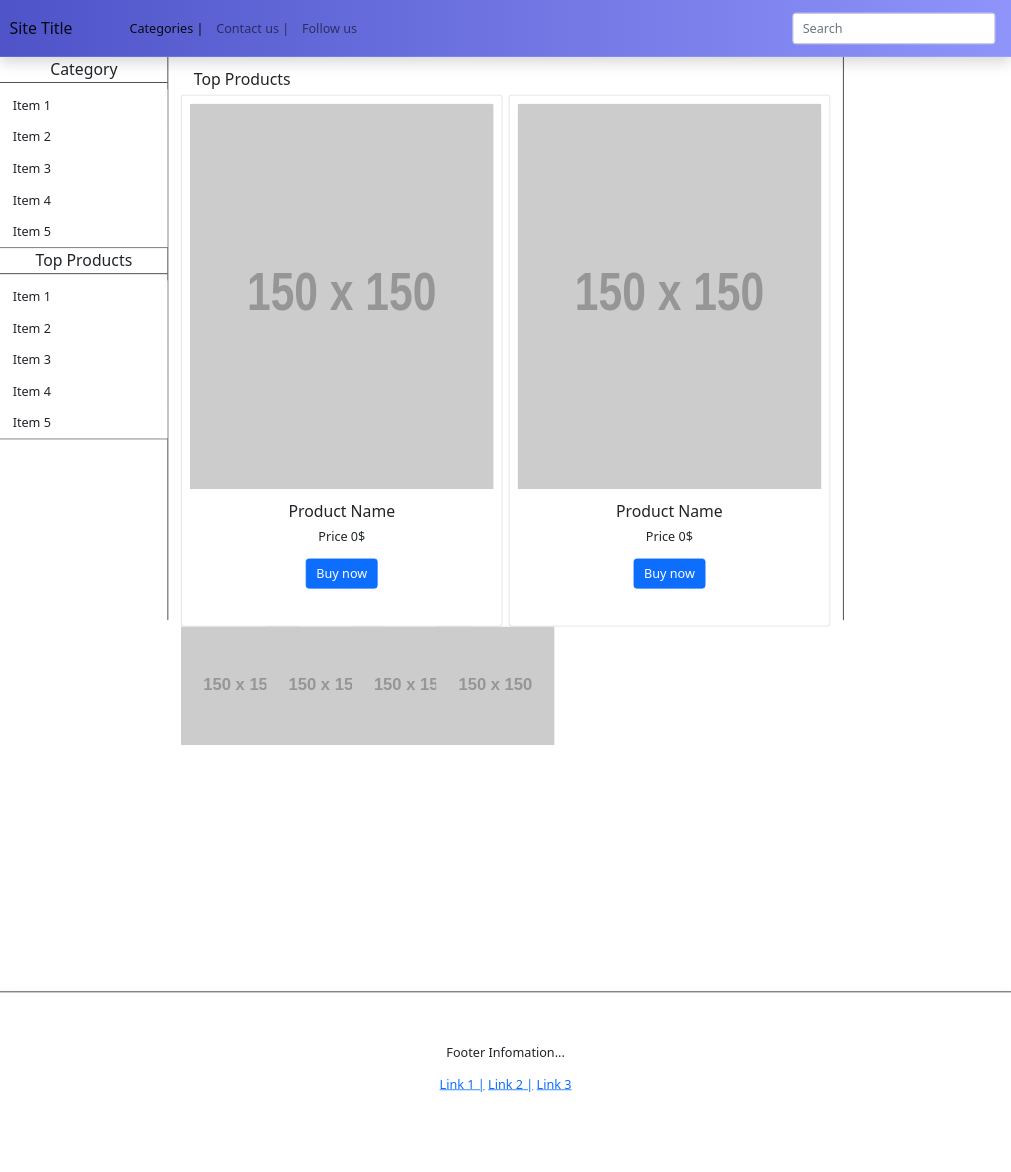
Repository: ttranhhoang/layoutBS
Page: layoutBS2/index.html
An editor plug-in stored every save of this project. The page is shown before and after a run of saves, followed by the edit.
The browser window is 1280 px wide. The pictures show the whole page, at 79% of full size.

Above is the page before, as saved 2022-04-24 23:20:31.

After the next 4 saves:
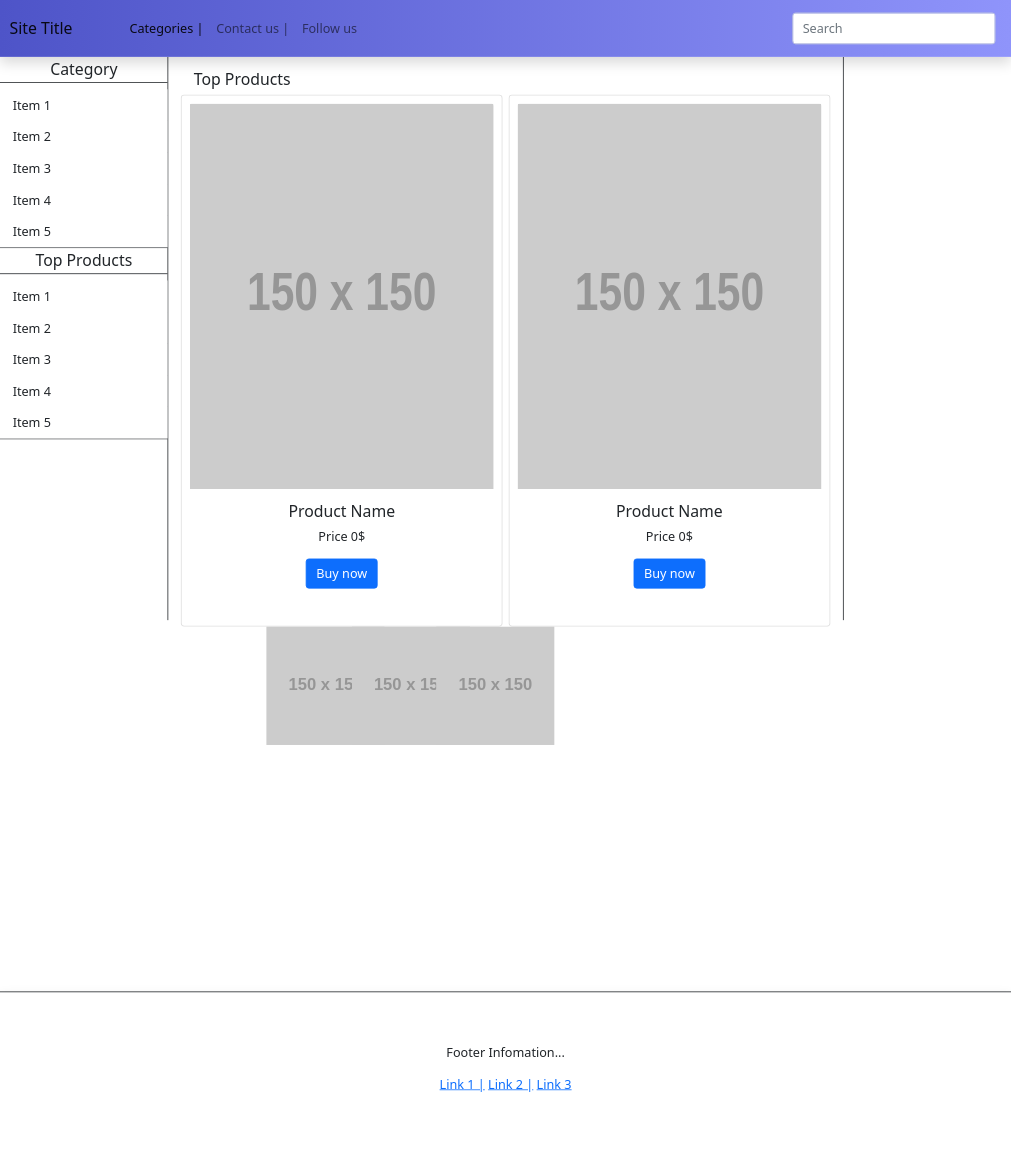
The 4 saves are shown as one change because they came seconds apart.
The last was saved 85 s later.
--- a/layoutBS2/index.html
+++ b/layoutBS2/index.html
@@ -124,7 +124,7 @@
               </div>
               <div class="row">
                 <div class="col-md-3">
-                  <img src="https://via.placeholder.com/150" alt="" />
+                  <div class="card-group"></div>
                 </div>
                 <div class="col-md-3">
                   <img src="https://via.placeholder.com/150" alt="" />
